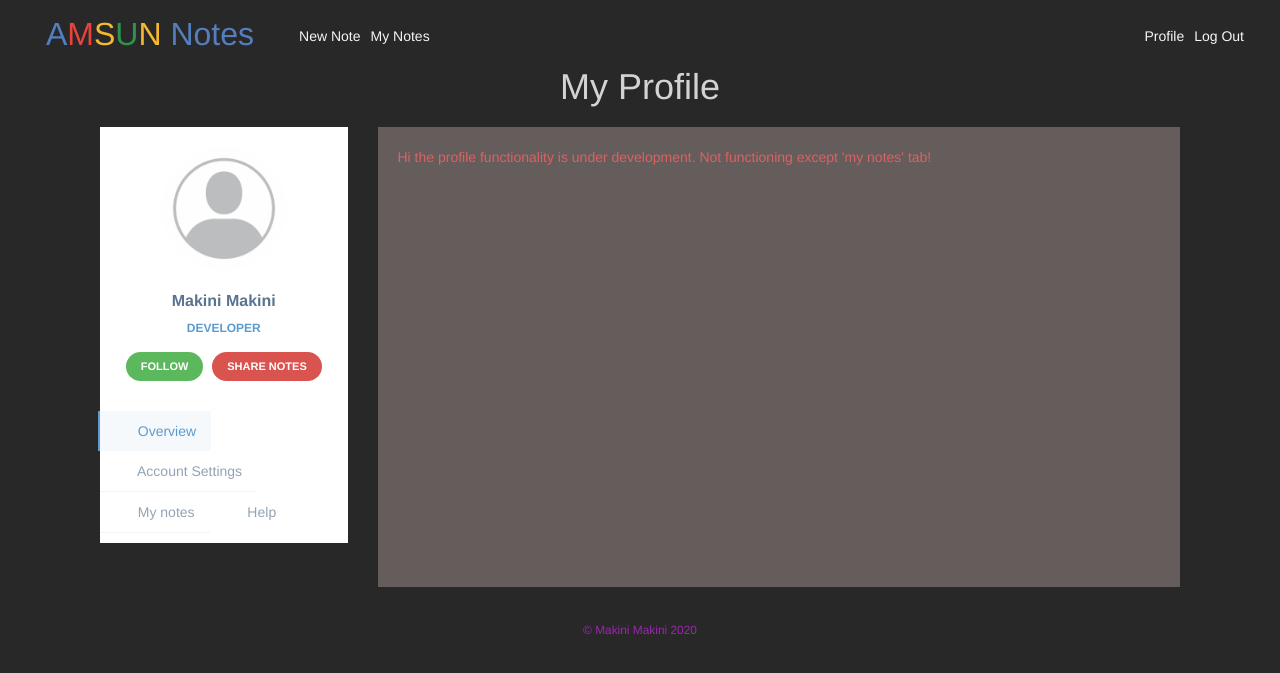
Repository: MakiniMakini/AMSUN-NOTES
Page: http://localhost/profile
An editor plug-in stored every save of this project. The page is shown before and after the next save, followed by the edit.
The browser window is 1280 px wide. The pictures show the whole page.
Some web fonts or font styles are not loaded; a fallback is used. The page is served by the project's application, run on Flask 3 (application.py). The session is filled in as if someone had signed in: {"user_id": 1}.

Above is the page before, as saved 2020-12-27 16:17:41.

### templates/profile.html
{% extends "layout.html" %}

{% block title %}
    Profile
{% endblock %}

{% block main %}

<h1 style="margin: auto; text-align: center;">
My Profile
</h1>
<div class="container">
    <div class="row profile">
		<div class="col-md-3">
			<div class="profile-sidebar">
				<!-- SIDEBAR USERPIC -->
				<div class="profile-userpic">
					<img src="/static/images/avatar.jpg" class="img-responsive" alt="">
				</div>
				<!-- END SIDEBAR USERPIC -->
				<!-- SIDEBAR USER TITLE -->
				<div class="profile-usertitle">
					<div class="profile-usertitle-name">
						Makini Makini
					</div>
					<div class="profile-usertitle-job">
						Developer
					</div>
				</div>
				<!-- END SIDEBAR USER TITLE -->
				<!-- SIDEBAR BUTTONS -->
				<div class="profile-userbuttons">
					<button type="button" class="btn btn-success btn-sm">Follow</button>
					<button type="button" class="btn btn-danger btn-sm">Share notes</button>
				</div>
				<!-- END SIDEBAR BUTTONS -->
				<!-- SIDEBAR MENU -->
				<div class="profile-usermenu">
					<ul class="nav">
						<li class="active">
							<a href="#">
							<i class="glyphicon glyphicon-home"></i>
							Overview </a>
						</li>
						<li>
							<a href="#">
							<i class="glyphicon glyphicon-user"></i>
							Account Settings </a>
						</li>
						<li>
							<a href="/my_notes">
							<i class="glyphicon glyphicon-ok"></i>
							My notes </a>
						</li>
						<li>
							<a href="#">
							<i class="glyphicon glyphicon-flag"></i>
							Help </a>
						</li>
					</ul>
				</div>
				<!-- END MENU -->
			</div>
		</div>
		<div class="col-md-9">
            <div class="profile-content" style="color: rgb(221, 97, 97);">
			   Hi the profile functionality is under development. Not functioning except 'my notes' tab!
            </div>
		</div>
	</div>
</div>

{% endblock %}

### templates/layout.html
<!DOCTYPE html>
<html lang="en">
    <head>
        <!-- Required meta tags -->
        <meta charset="utf-8">
        <meta name="viewport" content="width=device-width, initial-scale=1, shrink-to-fit=no">

        <!-- documentation at http://getbootstrap.com/docs/4.1/, alternative themes at https://bootswatch.com/ -->
        <link href="https://maxcdn.bootstrapcdn.com/bootstrap/4.1.3/css/bootstrap.min.css" rel="stylesheet">

        <!-- https://favicon.io/emoji-favicons/money-mouth-face/ -->
        <link href="/static/favicon.ico" rel="icon">

        <link href="/static/styles.css" rel="stylesheet">
        <link rel="stylesheet" href="/static/bootstrap.min.css" />
        <link rel="stylesheet" href="/static/animate.min.css" />
        <link rel="stylesheet" href="/static/ionicons.min.css" />
        <link rel="stylesheet" href="/static/styles2.css" />
        <link rel="stylesheet" href="/static/profile.css" />

        <script src="https://code.jquery.com/jquery-3.3.1.min.js"></script>
        <script src="https://cdnjs.cloudflare.com/ajax/libs/popper.js/1.14.3/umd/popper.min.js"></script>
        <script src="https://maxcdn.bootstrapcdn.com/bootstrap/4.1.3/js/bootstrap.min.js"></script>

        <title>AMSUN Notes: {% block title %}{% endblock %}</title>
    </head>

    <body>

        <nav class="navbar navbar-expand-md navbar-light bg-none pl-5 pr-5 m-0 fixed-top">
            <a class="navbar-brand" href="/"><span class="blue">A</span><span class="red">M</span><span class="yellow">S</span><span class="green">U</span><span class="yellow">N</span> <span class="blue">Notes</span></a>
            <button aria-controls="navbar" aria-expanded="false" aria-label="Toggle navigation" class="navbar-toggler bg-light" data-target="#navbar" data-toggle="collapse" type="button">
                <span class="navbar-toggler-icon"></span>
            </button>
            <div class="collapse navbar-collapse" id="navbar" >
                {% if session.user_id %}
                    <ul class="navbar-nav mr-auto mt-2">
                        <li class="nav-item"><a class="nav-link" href="/home">New Note</a></li>
                        <li class="nav-item"><a class="nav-link" href="/my_notes">My Notes</a></li>
                    </ul>
                    <ul class="navbar-nav ml-auto mt-2 navbar-right">
                        <li class="nav-item"><a class="nav-link" href="/profile">Profile</a></li>
                        <li class="nav-item"><a class="nav-link" href="/logout">Log Out</a></li>
                    </ul>
                {% else %}
                    <ul class="navbar-nav ml-auto mt-2 navbar-right">
                        <li class="nav-item"><a class="nav-link" href="/register">Register</a></li>
                        <li class="nav-item"><a class="nav-link" href="/login">Log In</a></li>
                    </ul>
                {% endif %}
            </div>
        </nav>

        {% if get_flashed_messages() %}
            <header>
                <div class="alert alert-primary border text-center" role="alert">
                    {{ get_flashed_messages() | join(" ") }}
                </div>
            </header>
        {% endif %}

        <main class="container p-0">

        </main>
        {% block main %}{% endblock %}

        <footer class="small text-center text-muted bg-none">
             <a href="https://makini-makini.herokuapp.com">© Makini Makini 2020</a>
        </footer>

    </body>
</html>

### application.py
import os

import sqlite3
from flask import Flask, flash, jsonify, redirect, render_template, request, session
from flask_session import Session
from tempfile import mkdtemp
from werkzeug.exceptions import default_exceptions, HTTPException, InternalServerError
from werkzeug.security import check_password_hash, generate_password_hash

from helpers import apology, login_required


# Configure application
app = Flask(__name__)

# Ensure templates are auto-reloaded
app.config["TEMPLATES_AUTO_RELOAD"] = True

# Ensure responses aren't cached
@app.after_request
def after_request(response):
    response.headers["Cache-Control"] = "no-cache, no-store, must-revalidate"
    response.headers["Expires"] = 0
    response.headers["Pragma"] = "no-cache"
    return response


# Configure session to use filesystem (instead of signed cookies)
app.config["SESSION_FILE_DIR"] = mkdtemp()
app.config["SESSION_PERMANENT"] = False
app.config["SESSION_TYPE"] = "filesystem"
Session(app)

# connecting to the database
connection = sqlite3.connect("amsun_notes.db", check_same_thread=False)

# cursor
db = connection.cursor()

# >>>>>>>>>>>>>>>>>>>>>>>>>>>>>>>ROUTES<<<<<<<<<<<<<<<<<<

# ///////////////INDEX\\\\\\\\\\\\\\\\\\
@app.route("/")
def home_page():
    return render_template("home.html")

# ////////////////WRITE NOTES\\\\\\\\\\\\\
@app.route("/home")
@login_required
def index():
    return render_template("index.html")

@app.route("/about")
def about():
    return render_template("about.html")

# //////PROFILE\\\\\\\\
@app.route("/profile")
@login_required
def profile():
    return render_template("profile.html")

# /////////////MY NOTES\\\\\\\\\\
@app.route("/my_notes")
@login_required
def my_notes():

    # logged user
    user_id = session['user_id']

    db.execute("SELECT note_id, title, notes FROM notes WHERE user_id=:user_id", {'user_id':user_id})
    notes = db.fetchall()

    # Ensure user has notes
    if not notes:
        return render_template("index.html", message = "You Do Not Have Any Stock")

    return render_template("my_notes.html", notes=notes)

# ///////////////ALLOW USER TO EDIT THEIR NOTES\\\\\\\\\\\\\\\\\\\
@app.route("/<note_id>/edit", methods=["GET", "POST"])
@login_required
def edit(note_id):

     # logged user
    user_id = session['user_id']

    if request.method == "GET":
        # query database for notes
        db.execute("SELECT note_id, title, notes FROM notes WHERE user_id=:user_id AND note_id=:note_id", {'user_id':user_id, 'note_id':note_id})
        notes = db.fetchall()
        # populate text-area with existing notes
        return render_template("edit.html", notes=notes)

    if request.method == "POST":
        # get title
        title = request.form.get("title")
        #get notes
        notes = request.form.get("notes")

        # ensure the fields are not blank
        if not request.form.get("notes"):
            return apology('must write something', 403)
        else:
            # update notes
            db.execute("UPDATE notes SET title =:title, notes =:notes WHERE note_id=:note_id", {'user_id':user_id, 'note_id':note_id, 'title':title, 'notes':notes})
            # save to data base
            connection.commit()
            # redirect user to their notes
            return redirect("/my_notes")


@app.route("/<note_id>/delete")
@login_required
def delete(note_id):

    print(note_id)

    db.execute("DELETE FROM notes WHERE note_id=:note_id", {'note_id':note_id})
    connection.commit()

    return redirect("/my_notes")

# >>>>>>>>>>>>>REGISTER USER<<<<<<<<<<<<<<<<<<<<<<<<<<<<<<<<<<<
@app.route("/register", methods=["GET", "POST"])
def register():
    """Register user"""

    # if 'GET' render Reg. form
    if request.method == "GET":
        return render_template("register.html")

    if request.method == "POST":

        username = request.form.get("username")
        # Ensure username is submitted
        if not request.form.get("username"):
             return apology("must provide username", 403)

        # Ensure password was submitted
        elif not request.form.get("password") and not request.form.get("confirmation"):
            return apology("must provide password and confirmation", 403)
        else:
            # query db
            db.execute("SELECT * FROM users WHERE username = :username",
                            {'username' : username})
            rows = db.fetchall()

            # check if user exists
            if len(rows) == 1:
                return apology("username already exists", 403)
            else:
                username = request.form.get("username")

            # password
            if request.form.get("password") == request.form.get("confirmation"):
                # hash password
                pwhash = generate_password_hash(request.form.get("password"), method='plain')
            else:
                return apology("passwords do not match", 403)

            # update db
            db.execute("INSERT INTO users (username, hash) VALUES (:username, :pwhash)", {'username':username, 'pwhash':pwhash})

            # To save the changes in the files. Never skip this.
            # If we skip this, nothing will be saved in the database.
            connection.commit()

            # # close the connection
            # connection.close()
            return redirect("/")


# >>>>>>>>>>>>>>>>>>>>>>LOGIN<<<<<<<<<<<<<<<<<<<<<<


@app.route("/login", methods=["GET", "POST"])
def login():
    """Log user in"""

    # Forget any user_id
    session.clear()

    # User reached route via POST (as by submitting a form via POST)
    if request.method == "POST":

        # Ensure username was submitted
        if not request.form.get("username"):
            return apology("must provide username", 403)

        # Ensure password was submitted
        elif not request.form.get("password"):
            return apology("must provide password", 403)

        # Query database for username
        db.execute("SELECT * FROM users WHERE username = :username",
                          {'username':request.form.get("username")})

        rows = db.fetchall()

        print(rows)
        # Ensure username exists and password is correct
        if len(rows) != 1 or not check_password_hash(rows[0][2], request.form.get("password")):
            return apology("invalid username and/or password", 403)

    # Remember which user has logged in
        session["user_id"] = rows[0][0]

        # Redirect user to home page
        return redirect("/")

    # User reached route via GET (as by clicking a link or via redirect)
    else:
        return render_template("login.html")

#>>>>>>>>>>>>>>>>>>>>>>>>>>>LOGOUT<<<<<<<<<<<<<<<<<<<<<<<<

@app.route("/logout")
def logout():
    """Log user out"""

    # Forget any user_id
    session.clear()

    # Redirect user to login form
    return redirect("/")


# >>>>>>>>>>>>>>>>>>>SAVE NOTES <<<<<<<<<<<<<<<<<<<<<<<<<
@app.route("/notes", methods=["GET", "POST"])
@login_required
def save():
    #save notes to database

    # logged user
    user_id = session['user_id']

    if request.method == "POST":

        # get the title
        title = request.form.get("title")

        #get notes
        notes = request.form.get("notes")

        # ensure the fields are not blank
        if not request.form.get("notes"):
            return apology('must write something', 403)
        else:
            db.execute("INSERT INTO notes (user_id, title, notes) VALUES (:user_id, :title, :notes)", {'user_id':user_id, 'title':title, 'notes':notes})

            # save to data base
            connection.commit()
            return render_template("index.html")

### helpers.py
import os
import requests
import urllib.parse

from flask import redirect, render_template, request, session
from functools import wraps

def apology(message, code=400):
    """Render message as an apology to user."""
    def escape(s):
        """
        Escape special characters.

        https://github.com/jacebrowning/memegen#special-characters
        """
        for old, new in [("-", "--"), (" ", "-"), ("_", "__"), ("?", "~q"),
                         ("%", "~p"), ("#", "~h"), ("/", "~s"), ("\"", "''")]:
            s = s.replace(old, new)
        return s
    return render_template("apology.html", top=code, bottom=escape(message)), code


def login_required(f):
    """
    Decorate routes to require login.

    http://flask.pocoo.org/docs/1.0/patterns/viewdecorators/
    """
    @wraps(f)
    def decorated_function(*args, **kwargs):
        if session.get("user_id") is None:
            return redirect("/login")
        return f(*args, **kwargs)
    return decorated_function

### static/styles.css
nav .navbar-brand {
	/* size for brand */
	font-size: xx-large;
}

/* colors for brand */
nav .navbar-brand .blue {
	color: #537fbe;
}
nav .navbar-brand .red {
	color: #ea433b;
}
nav .navbar-brand .yellow {
	color: #f5b82e;
}
nav .navbar-brand .green {
	color: #2e944b;
}

.navbar .nav-link {
	color: whitesmoke !important;
}

main .form-control {
	/* center form controls */
	display: inline-block;

	/* override Bootstrap's 100% width for form controls */
	width: auto;
}

main {
	/* scroll horizontally as needed */
	overflow-x: auto;

	/* center contents */
	text-align: center;
}

main img {
	/* constrain images on small screens */
	max-width: 100%;
}

/* Style the image inside the centered container, if needed */
.centered img {
	width: 150px;
	border-radius: 50%;
}

textarea {
	font-family: monospace;
}

.section_name {
	text-align: center;
	padding: 0;
}

.form-form {
	text-align: center;
	padding-top: 10vh;
}
.btn:focus {
	outline: none !important;
}

.form-control-email {
	text-align: left;
	display: block;
	width: 50%;
	height: 35px;
	padding: 6px 12px;
	font-size: 14px;
	line-height: 1.5;
	color: #eee;
	background-color: #36333d;
	background-image: none;
	border: 1px solid #36333d;
	border-radius: 4px;
	box-shadow: inset 0 1px 1px rgba(0, 0, 0, 0.075);
	transition: border-color ease-in-out .15s, box-shadow ease-in-out .15s;
}
.form-control-email:focus {
	outline: none;
}

.my_notes {
	margin: auto;
	align-content: center;
	padding-top: 2vh;
}

.my_notes .card {
	align-content: center;
	margin: auto;
}

textarea {
	background-color: #a3462f;
	padding: 5px;
	columns: red;
}

textarea:focus {
	background-color: #2f2d33;
	outline: none;
}

.notes_form {
	margin: auto;
	align-items: center;
	align-content: center;
}
.navbar-toggler:focus {
	outline: none;
}
.myIframe {
	position: relative;
	padding-bottom: 65.25%;
	padding-top: 30px;
	height: 0;
	overflow: auto;
	-webkit-overflow-scrolling: touch; //<<--- THIS IS THE KEY
}
.myIframe iframe {
	position: relative;
	top: 0;
	left: 0;
	width: 100%;
}
.notes-btn {
	margin: auto !important;
	align-items: center !important;
	display: block !important;
}

### static/profile.css
/* Profile container */
.profile {
	margin: 20px 0;
}

/* Profile sidebar */
.profile-sidebar {
	padding: 20px 0 10px 0;
	background: #fff;
}

.profile-userpic img {
	float: none;
	margin: 0 auto;
	width: 50%;
	height: 50%;
	-webkit-border-radius: 50% !important;
	-moz-border-radius: 50% !important;
	border-radius: 50% !important;
}

.profile-usertitle {
	text-align: center;
	margin-top: 20px;
}

.profile-usertitle-name {
	color: #5a7391;
	font-size: 16px;
	font-weight: 600;
	margin-bottom: 7px;
}

.profile-usertitle-job {
	text-transform: uppercase;
	color: #5b9bd1;
	font-size: 12px;
	font-weight: 600;
	margin-bottom: 15px;
}

.profile-userbuttons {
	text-align: center;
	margin-top: 10px;
}

.profile-userbuttons .btn {
	text-transform: uppercase;
	font-size: 11px;
	font-weight: 600;
	padding: 6px 15px;
	margin-right: 5px;
}

.profile-userbuttons .btn:last-child {
	margin-right: 0px;
}

.profile-usermenu {
	margin-top: 30px;
}

.profile-usermenu ul li {
	border-bottom: 1px solid #f0f4f7;
}

.profile-usermenu ul li:last-child {
	border-bottom: none;
}

.profile-usermenu ul li a {
	color: #93a3b5;
	font-size: 14px;
	font-weight: 400;
}

.profile-usermenu ul li a i {
	margin-right: 8px;
	font-size: 14px;
}

.profile-usermenu ul li a:hover {
	background-color: #fafcfd;
	color: #5b9bd1;
}

.profile-usermenu ul li.active {
	border-bottom: none;
}

.profile-usermenu ul li.active a {
	color: #5b9bd1;
	background-color: #f6f9fb;
	border-left: 2px solid #5b9bd1;
	margin-left: -2px;
}

/* Profile Content */
.profile-content {
	padding: 20px;
	background: rgb(101, 92, 92);
	min-height: 460px;
}

Loaded but not shown: static/bootstrap.min.css (library); static/animate.min.css (library); static/ionicons.min.css (library); static/styles2.css (529 lines, source omitted)

After the next save:
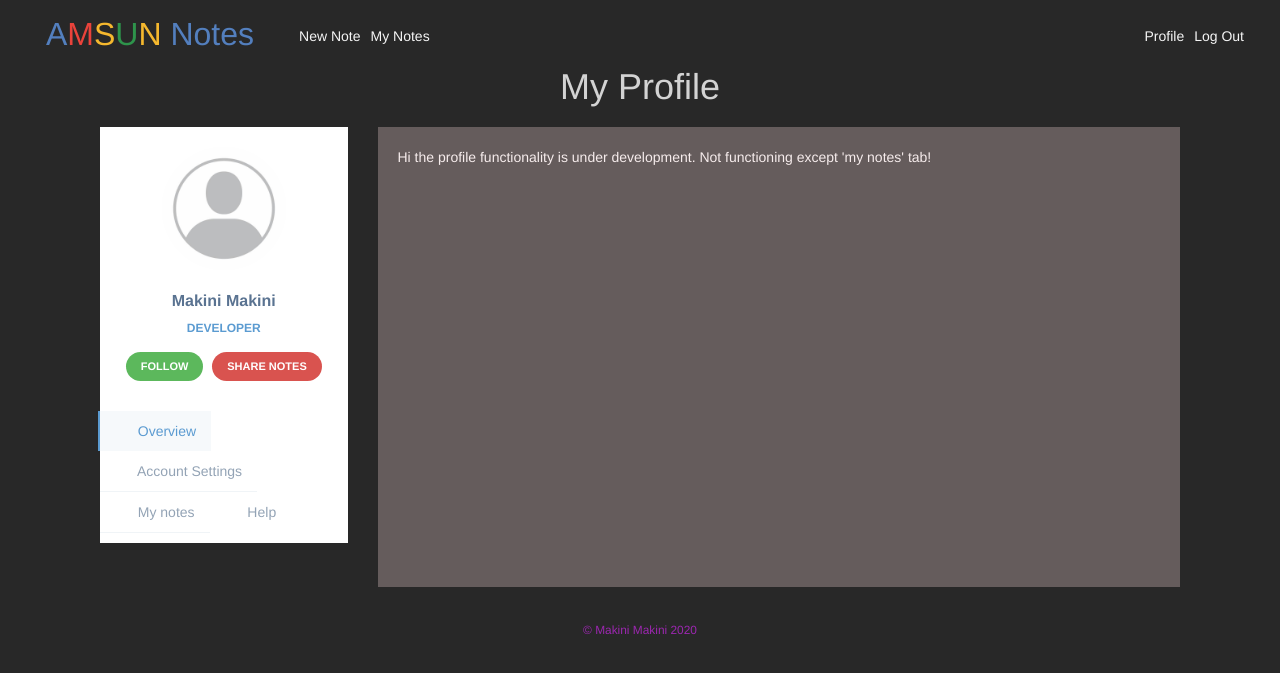
Saved 36 s later.
--- a/templates/profile.html
+++ b/templates/profile.html
@@ -63,7 +63,7 @@ My Profile
 			</div>
 		</div>
 		<div class="col-md-9">
-            <div class="profile-content" style="color: rgb(221, 97, 97);">
+            <div class="profile-content" style="color: rgb(246, 236, 236);">
 			   Hi the profile functionality is under development. Not functioning except 'my notes' tab!
             </div>
 		</div>
